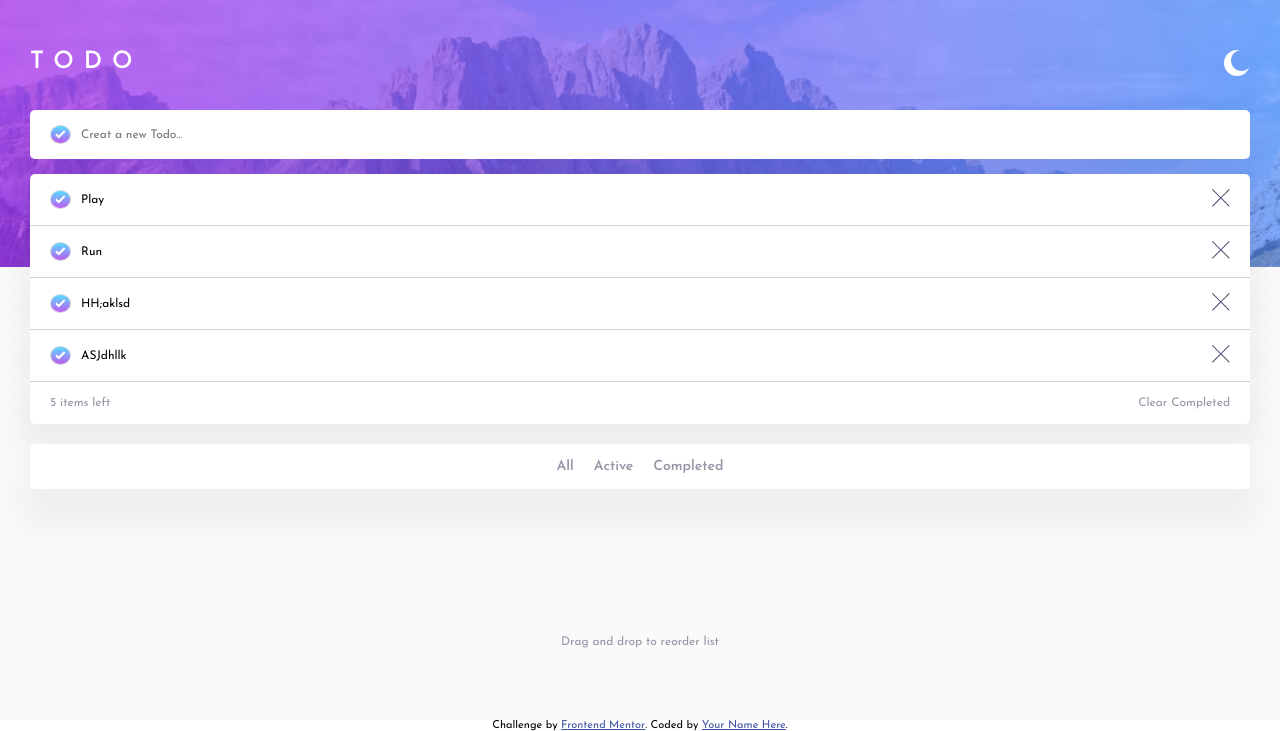
Repository: Baraajad231/Todo-app
Page: /
An editor plug-in stored every save of this project. The page is shown before and after the next save, followed by the edit.
The browser window is 1280 px wide. The pictures show the whole page.
The project was rebuilt for these pictures with package versions that can differ from the ones it lists, and the page was loaded fresh each time. Also part of the build but not shown: vite.config.js.

Above is the page before, as saved 2025-12-29 13:21:00.

### index.html
<!DOCTYPE html>
<html lang="en">
  <head>
    <meta charset="UTF-8" />
    <meta name="viewport" content="width=device-width, initial-scale=1.0" />
    <!-- displays site properly based on user's device -->

    <link
      rel="icon"
      type="image/png"
      sizes="32x32"
      href="./images/favicon-32x32.png"
    />

    <title>Frontend Mentor | Todo app</title>

    <!-- Feel free to remove these styles or customise in your own stylesheet 👍 -->
    <style>
      .attribution {
        font-size: 11px;
        text-align: center;
      }
      .attribution a {
        color: hsl(228, 45%, 44%);
      }
    </style>

    <link rel="preconnect" href="https://fonts.googleapis.com" />
    <link rel="preconnect" href="https://fonts.gstatic.com" crossorigin />
    <link
      href="https://fonts.googleapis.com/css2?family=Josefin+Sans:ital,wght@0,100..700;1,100..700&display=swap"
      rel="stylesheet"
    />

    <link rel="stylesheet" href="./styles/style.scss" />
  </head>
  <body>
    <div class="container" data-theme="light">
      <picture class="background-Wrapper">
        <source
          media="(min-width:465px)"
          srcset="images/bg-desktop-light.jpg"
        />
        <img
          src="images/bg-mobile-light.jpg"
          alt="bg-mobile-light"
          class="background background-light"
        />
      </picture>

      <div class="todo">
        <div class="todo__header">
          <h1 class="todo__title">TODO</h1>
          <button class="todo__theme button">
            <img src="images/icon-moon.svg" alt="moon icon" />
          </button>
        </div>
        <ul class="todo__list">
          <li class="todo__list__row todo__list__row-input">
            <span class="checkbox">
              <img
                src="./images/icon-check.svg"
                alt="check"
                class="checkbox__icon"
              />
            </span>
            <input
              type="text"
              placeholder="Creat a new Todo..."
              class="todo__list__input"
            />
          </li>

          <li class="todo__list__row">
            <span class="checkbox">
              <img
                src="./images/icon-check.svg"
                alt="check"
                class="checkbox__icon"
              />
            </span>
            <span class="todo__list__task">Play</span>
            <button class="remove-btn button">
              <img src="./images/icon-cross.svg" alt="" class="remove-icon" />
            </button>
          </li>
          <li class="todo__list__row">
            <span class="checkbox">
              <img
                src="./images/icon-check.svg"
                alt="check"
                class="checkbox__icon"
              />
            </span>
            <span class="todo__list__task">Run</span>
            <button class="remove-btn button">
              <img src="./images/icon-cross.svg" alt="" class="remove-icon" />
            </button>
          </li>
          <li class="todo__list__row">
            <span class="checkbox">
              <img
                src="./images/icon-check.svg"
                alt="check"
                class="checkbox__icon"
              />
            </span>
            <span class="todo__list__task">HH;aklsd</span>
            <button class="remove-btn button">
              <img src="./images/icon-cross.svg" alt="" class="remove-icon" />
            </button>
          </li>
          <li class="todo__list__row">
            <span class="checkbox">
              <img
                src="./images/icon-check.svg"
                alt="check"
                class="checkbox__icon"
              />
            </span>
            <span class="todo__list__task">ASJdhllk</span>
            <button class="remove-btn button">
              <img src="./images/icon-cross.svg" alt="" class="remove-icon" />
            </button>
          </li>
          <li class="todo__list__row todo__list__row--meta">
            <div class="todo__items-left">
              <span class="todo__items-count">5</span>
              <span class="todo__items-text">items left</span>
            </div>

            <button class="todo__list-clear button">Clear Completed</button>
          </li>

          <li class="todo__list__row todo__list__row--filter">
            <button class="todo__list-all button button-filter">All</button>
            <button class="todo__list-active button button-filter">
              Active
            </button>
            <button class="todo__list-completed button button-filter">
              Completed
            </button>
          </li>
        </ul>
      </div>
    </div>
    <p class="note">Drag and drop to reorder list</p>

    <div class="attribution">
      Challenge by
      <a href="https://www.frontendmentor.io?ref=challenge" target="_blank"
        >Frontend Mentor</a
      >. Coded by <a href="#">Your Name Here</a>.
    </div>
  </body>
</html>

### styles/style.scss
/*variables*/
:root {
  /* ===== Brand / Primary ===== */
  --color-primary: hsl(220, 98%, 61%);
  --gradient-check: linear-gradient(hsl(192, 100%, 67%), hsl(280, 87%, 65%));

  /* ===== Typography ===== */
  --font-family-base: "Josefin Sans", sans-serif;
  --font-size-base: 16px;
  --font-weight-regular: 400;
  --font-weight-bold: 700;
  // }

  // :root[data-theme="light"] {
  --color-bg: hsl(0, 0%, 98%);
  --color-surface: #ffffff;

  --color-text-primary: hsl(235, 19%, 35%);
  --color-text-secondary: hsl(236, 9%, 61%);

  --color-border: hsl(233, 11%, 84%);
  --color-muted: hsl(234, 39%, 85%);
  // }

  // :root[data-theme="dark"] {
  // --color-bg: hsl(235, 21%, 11%);
  // --color-surface: hsl(235, 24%, 19%);

  // --color-text-primary: hsl(234, 39%, 85%);
  // --color-text-secondary: hsl(236, 9%, 61%);

  // --color-border: hsl(237, 14%, 26%);
  // --color-muted: hsl(233, 14%, 35%);
}

/* Reset */
* {
  margin: 0;
  padding: 0;
  font: inherit;
}

*,
*::after,
*::before {
  box-sizing: border-box;
}

a {
  color: inherit;
  display: inline-block;
}

button,
[type="submit"] {
  background-color: transparent;
  border: none;
  cursor: pointer;
}

ul,
ol {
  list-style: none;
}

html {
  font-size: 62.5%;
}

body {
  font-size: 1.6rem;
  font-family: var(--font-family-base);
  color: black;
}
/* End Reset */

/*container*/
.container {
  position: relative;
  height: 100vh;
  background-color: var(--color-bg);
}
.background {
  width: 100vw;
}

.todo {
  display: flex;
  flex-direction: column;
  gap: 3rem;
  position: absolute;
  top: 0;
  width: calc(100% - 6rem);
  margin: 5rem 3rem;

  &__header {
    display: flex;
    justify-content: space-between;
    .todo__title {
      font-size: 2.4rem;
      color: white;
      letter-spacing: 1rem;
      font-weight: 600;
    }
  }

  &__list {
    font-size: 1.2rem;

    &__row {
      background-color: white;
      padding: 1.5rem 2rem;
      display: flex;
      align-items: center;

      box-shadow: 0 3rem 3rem 1rem rgba(0, 0, 0, 0.045);
      &:nth-child(2) {
        border-radius: 0.5rem 0.5rem 0 0;
      }

      & .checkbox {
        border: 1px solid var(--color-border);
        border-radius: 50%;
        background: var(--gradient-check);
        margin-right: 1rem;
        display: flex;
        align-items: center;
        justify-content: center;

        &__icon {
          padding: 0.4rem;
        }
      }

      & .todo__list__task {
        margin-right: auto;
      }
      &-input {
        margin-bottom: 1.5rem;

        & .todo__list__input {
          border: none;

          &:focus {
            outline: none;
            caret-color: aqua;
          }
        }
      }

      &:not(&-input, &--filter, &--meta) {
        border-bottom: 1px solid var(--color-border);
      }

      &--meta {
        display: flex;
        justify-content: space-between;

        border-radius: 0 0 0.5rem 0.5rem;
      }

      &--filter {
        display: flex;
        justify-content: center;
        gap: 2rem;
        margin-top: 2rem;
        font-size: 1.4rem;
      }
      &--filter,
      &-input {
        border-radius: 0.5rem;
      }
      &--filter,
      &--meta {
        color: var(--color-text-secondary);
      }
    }
  }
}

.note {
  position: absolute;
  bottom: 10%;
  left: 50%;
  transform: translateX(-50%);
  width: max-content;
  font-size: 1.2rem;
  color: var(--color-text-secondary);
}

.button {
  color: var(--color-text-secondary);

  &:active {
    transform: scale(0.9);
    color: black;
  }

  &-filter {
    &:focus {
      color: var(--color-primary);
    }
    font-weight: 600;
  }
}

After the next save:
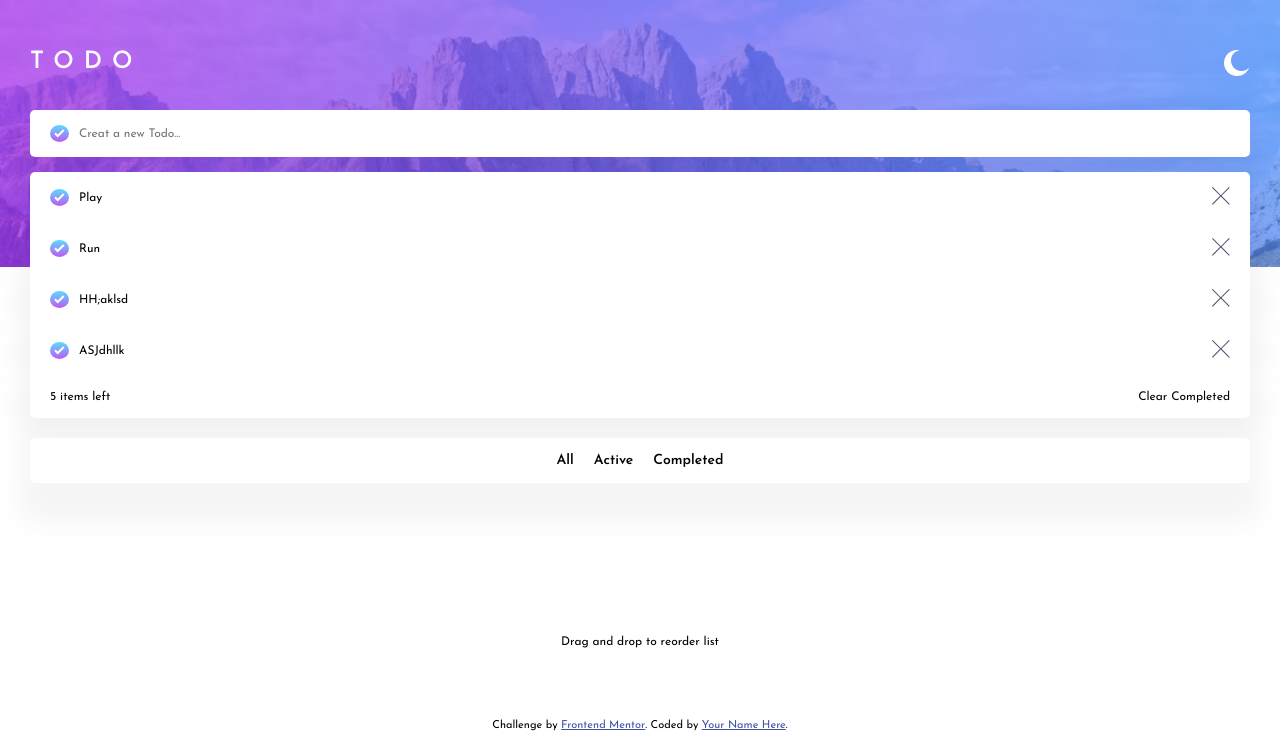
Saved 19 s later.
--- a/styles/style.scss
+++ b/styles/style.scss
@@ -9,9 +9,9 @@
   --font-size-base: 16px;
   --font-weight-regular: 400;
   --font-weight-bold: 700;
-  // }
-
-  // :root[data-theme="light"] {
+}
+
+:root[data-theme="light"] {
   --color-bg: hsl(0, 0%, 98%);
   --color-surface: #ffffff;
 
@@ -20,17 +20,17 @@
 
   --color-border: hsl(233, 11%, 84%);
   --color-muted: hsl(234, 39%, 85%);
-  // }
-
-  // :root[data-theme="dark"] {
-  // --color-bg: hsl(235, 21%, 11%);
-  // --color-surface: hsl(235, 24%, 19%);
-
-  // --color-text-primary: hsl(234, 39%, 85%);
-  // --color-text-secondary: hsl(236, 9%, 61%);
-
-  // --color-border: hsl(237, 14%, 26%);
-  // --color-muted: hsl(233, 14%, 35%);
+}
+
+:root[data-theme="dark"] {
+  --color-bg: hsl(235, 21%, 11%);
+  --color-surface: hsl(235, 24%, 19%);
+
+  --color-text-primary: hsl(234, 39%, 85%);
+  --color-text-secondary: hsl(236, 9%, 61%);
+
+  --color-border: hsl(237, 14%, 26%);
+  --color-muted: hsl(233, 14%, 35%);
 }
 
 /* Reset */

After the 2 saves that followed:
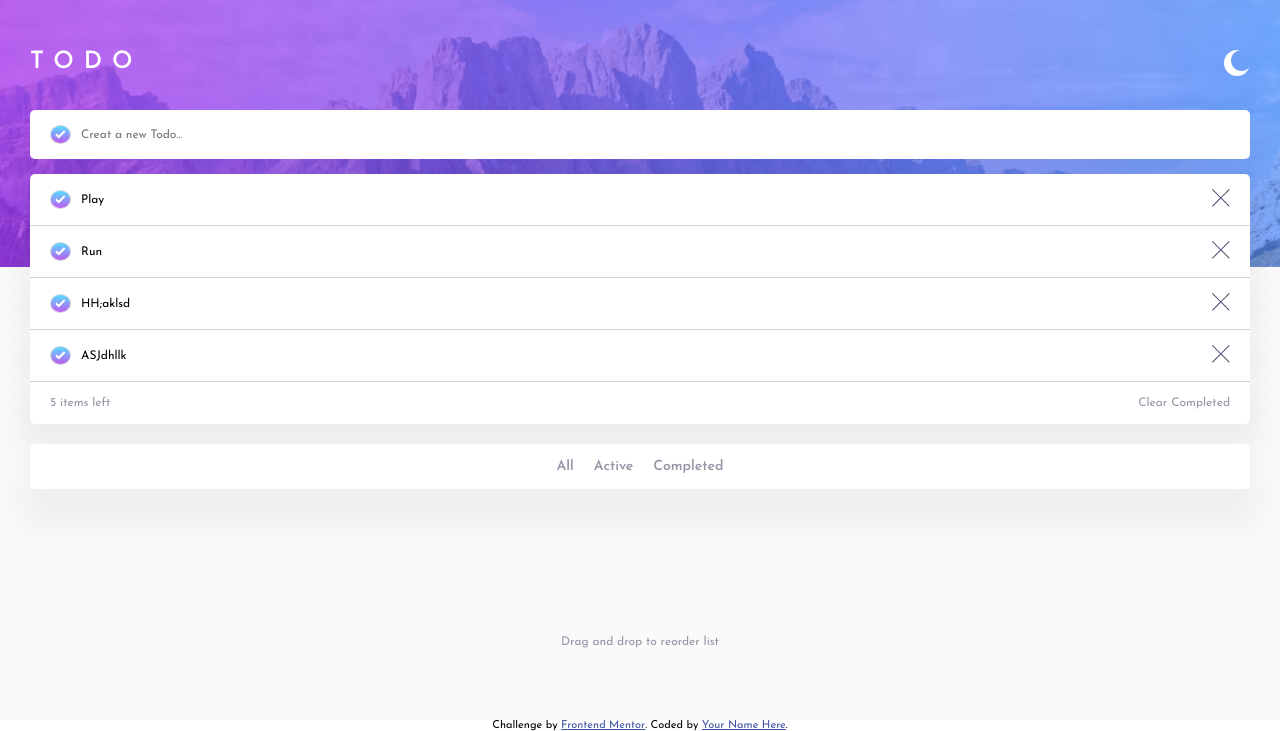
The 2 saves are shown as one change because 1 left the picture as it was.
The last was saved 3 min 17 s later.
--- a/index.html
+++ b/index.html
@@ -1,5 +1,5 @@
 <!DOCTYPE html>
-<html lang="en">
+<html lang="en" data-theme="light">
   <head>
     <meta charset="UTF-8" />
     <meta name="viewport" content="width=device-width, initial-scale=1.0" />
--- a/styles/style.scss
+++ b/styles/style.scss
@@ -70,7 +70,7 @@ html {
 body {
   font-size: 1.6rem;
   font-family: var(--font-family-base);
-  color: black;
+  color: var(--color-text-primar);
 }
 /* End Reset */
 
